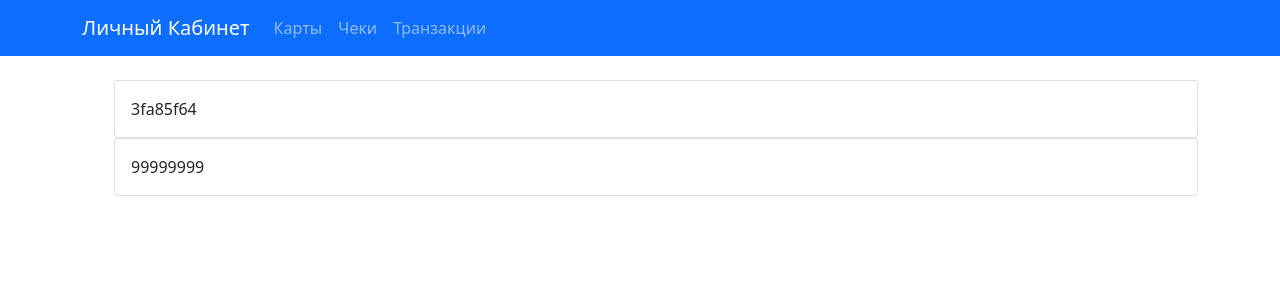
Repository: PGVlasov/cardTask
Page: /
These files come from the project's save history. The page is drawn as it stood at one moment and after a run of saves; the edit follows.
The browser window is 1280 px wide. The pictures show the whole page.
The page's requests for data from a server got no answer. The project was rebuilt for these pictures with package versions that can differ from the ones it lists, and the page was loaded fresh each time. No one was signed in, and anything a server would have sent is missing. Also part of the build but not shown: src/pages/CheckPage.js, src/pages/TransactionsPage.js.

Above is the page before, as saved 2022-06-03 15:01:44.

### src/App.js
import "bootstrap/dist/css/bootstrap.min.css";
import { BrowserRouter, Routes, Route } from "react-router-dom";
import { Provider } from "react-redux";
import store from "./store";
import { NavMenu } from "./components/NavMenu";
import { CardsPage } from "./pages/CardsPage";
import { CheckPage } from "./pages/CheckPage";
import { TransactionPage } from "./pages/TransactionsPage";

function App() {
  return (
    <Provider store={store}>
      <BrowserRouter>
        <NavMenu />
        <div className="container">
          <Routes>
            <Route element={<CardsPage />} path="/" />
            <Route element={<CheckPage />} path="/checks" />
            <Route element={<TransactionPage />} path="/transactions" />
          </Routes>
        </div>
      </BrowserRouter>
    </Provider>
  );
}

export default App;

### src/store/index.js
import { createStore, combineReducers, applyMiddleware } from "redux";
import thunk from "redux-thunk";
import { cardsReducer } from "./reducers";

const rootReducer = combineReducers({
  cards: cardsReducer,
});

export default createStore(rootReducer, applyMiddleware(thunk));

### src/components/NavMenu.js
import { Navbar, Container, Nav } from "react-bootstrap";

export const NavMenu = () => {
  return (
    <>
      <Navbar bg="primary" variant="dark">
        <Container>
          <Navbar.Brand href="/">Личный Кабинет</Navbar.Brand>
          <Nav className="me-auto">
            <Nav.Link href="/">Карты</Nav.Link>
            <Nav.Link href="/checks">Чеки</Nav.Link>
            <Nav.Link href="/transactions">Транзакции</Nav.Link>
          </Nav>
        </Container>
      </Navbar>
    </>
  );
};

### src/pages/CardsPage.js
import { CardList } from "../components/cards/CardList";

export const CardsPage = () => {
  return <CardList />;
};

### src/store/reducers/index.js
export * from "./cardsReducer";

### src/components/cards/CardList.js
import { useEffect } from "react";
import { useDispatch } from "react-redux";
import { loadCards } from "../../store/actions/cards";
import { CadrItem } from "./CardItem";

export const CardList = () => {
  const dispatch = useDispatch();

  useEffect(() => {
    dispatch(loadCards());
  }, [dispatch]);

  const cards = [
    {
      "uuid": "3fa85f64",
      "type_uuid": "3fa85f64-5717-4562-b3fc-2c963f66afa6",
      "number": "string",
      "status": "active",
      "holder": "string",
      "phone": "87876236863",
      "birthdate": "2022-06-03",
      "created_date": 0,
      "created_user": "31-162756066862556",
      "created_store_uuid": "3fa85f64-5717-4562-b3fc-2c963f66afa6",
      "created_device_uuid": "3fa85f64-5717-4562-b3fc-2c963f66afa6",
      "sales": 0,
      "balance": 0,
    },
    {
      "uuid": "99999999",
      "type_uuid": "3fa85f64-5717-4562-b3fc-2c963f66afa6",
      "number": "string",
      "status": "active",
      "holder": "string",
      "phone": "87876236863",
      "birthdate": "2022-06-03",
      "created_date": 0,
      "created_user": "31-162756066862556",
      "created_store_uuid": "3fa85f64-5717-4562-b3fc-2c963f66afa6",
      "created_device_uuid": "3fa85f64-5717-4562-b3fc-2c963f66afa6",
      "sales": 0,
      "balance": 0,
    },
  ];

  return (
    <div className="mt-4 mb-2">
      <ul>
        {cards.map((card) => {
          return <CadrItem card={card} key={card.uuid} />;
        })}
      </ul>
    </div>
  );
};

### src/store/reducers/cardsReducer.js
import { LOAD_CARDS } from "../types";

const initialState = { allCards: [] };

export const cardsReducer = (state = initialState, action) => {
  switch (action.type) {
    case LOAD_CARDS:
      return { ...state, allCards: action.payload };
    default:
      return state;
  }
};

### src/store/actions/cards.js
import axios from "axios";
import { LOAD_CARDS } from "../types";

export const loadCards = () => async (dispatch) => {
  try {
    const apiUrl = "https://jsonplaceholder.typicode.com/users";
    const { data: allCards } = await axios.get(apiUrl);
    dispatch({ type: LOAD_CARDS, payload: allCards });
  } catch (err) {
    console.error(err);
  }
};

### src/components/cards/CardItem.js
import { Card } from "react-bootstrap";

export const CadrItem = ({ card }) => {
  return (
    <Card>
      <Card.Body>{card.uuid}</Card.Body>
    </Card>
  );
};

### src/store/types.js
export const LOAD_CARDS = "LOAD_CARDS";

Loaded but not shown: public/index.html (common file); src/index.js (common file); src/index.css (common file); src/reportWebVitals.js (common file)

After the next 2 saves:
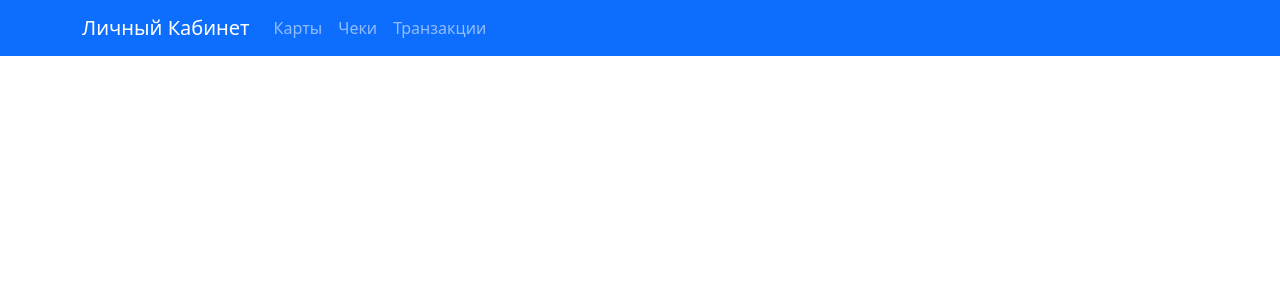
The 2 saves are shown as one change because 1 did not build or start.
The last was saved 93 s later.
--- a/src/components/cards/CardList.js
+++ b/src/components/cards/CardList.js
@@ -1,5 +1,5 @@
 import { useEffect } from "react";
-import { useDispatch } from "react-redux";
+import { useDispatch, useSelector } from "react-redux";
 import { loadCards } from "../../store/actions/cards";
 import { CadrItem } from "./CardItem";
 
@@ -10,38 +10,7 @@ export const CardList = () => {
     dispatch(loadCards());
   }, [dispatch]);
 
-  const cards = [
-    {
-      "uuid": "3fa85f64",
-      "type_uuid": "3fa85f64-5717-4562-b3fc-2c963f66afa6",
-      "number": "string",
-      "status": "active",
-      "holder": "string",
-      "phone": "87876236863",
-      "birthdate": "2022-06-03",
-      "created_date": 0,
-      "created_user": "31-162756066862556",
-      "created_store_uuid": "3fa85f64-5717-4562-b3fc-2c963f66afa6",
-      "created_device_uuid": "3fa85f64-5717-4562-b3fc-2c963f66afa6",
-      "sales": 0,
-      "balance": 0,
-    },
-    {
-      "uuid": "99999999",
-      "type_uuid": "3fa85f64-5717-4562-b3fc-2c963f66afa6",
-      "number": "string",
-      "status": "active",
-      "holder": "string",
-      "phone": "87876236863",
-      "birthdate": "2022-06-03",
-      "created_date": 0,
-      "created_user": "31-162756066862556",
-      "created_store_uuid": "3fa85f64-5717-4562-b3fc-2c963f66afa6",
-      "created_device_uuid": "3fa85f64-5717-4562-b3fc-2c963f66afa6",
-      "sales": 0,
-      "balance": 0,
-    },
-  ];
+  const cards = useSelector((state) => state.cards.allCards);
 
   return (
     <div className="mt-4 mb-2">
